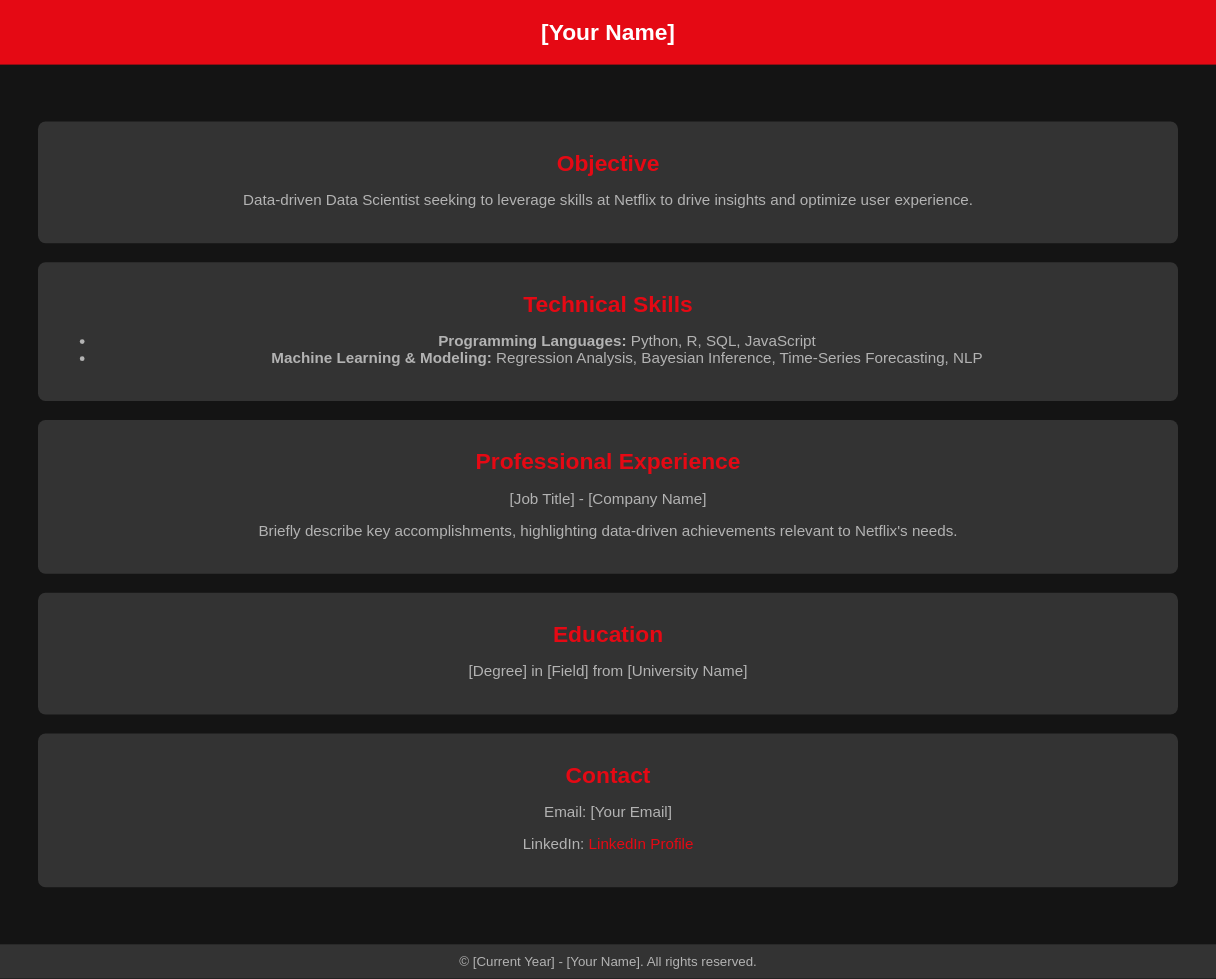
Repository: sjetti5555/GenAi
Page: http://localhost/
The author's editor kept a copy of each file at every save. The page is drawn from the files as they stood at one save, then again after the next save.
The browser window is 1280 px wide. The pictures show the whole page, at 95% of full size.
The page is served by the project's application, run on Flask 3 (Training/resume_app.py).

Above is the page before, as saved 2024-10-30 08:41:38.

After the next save:
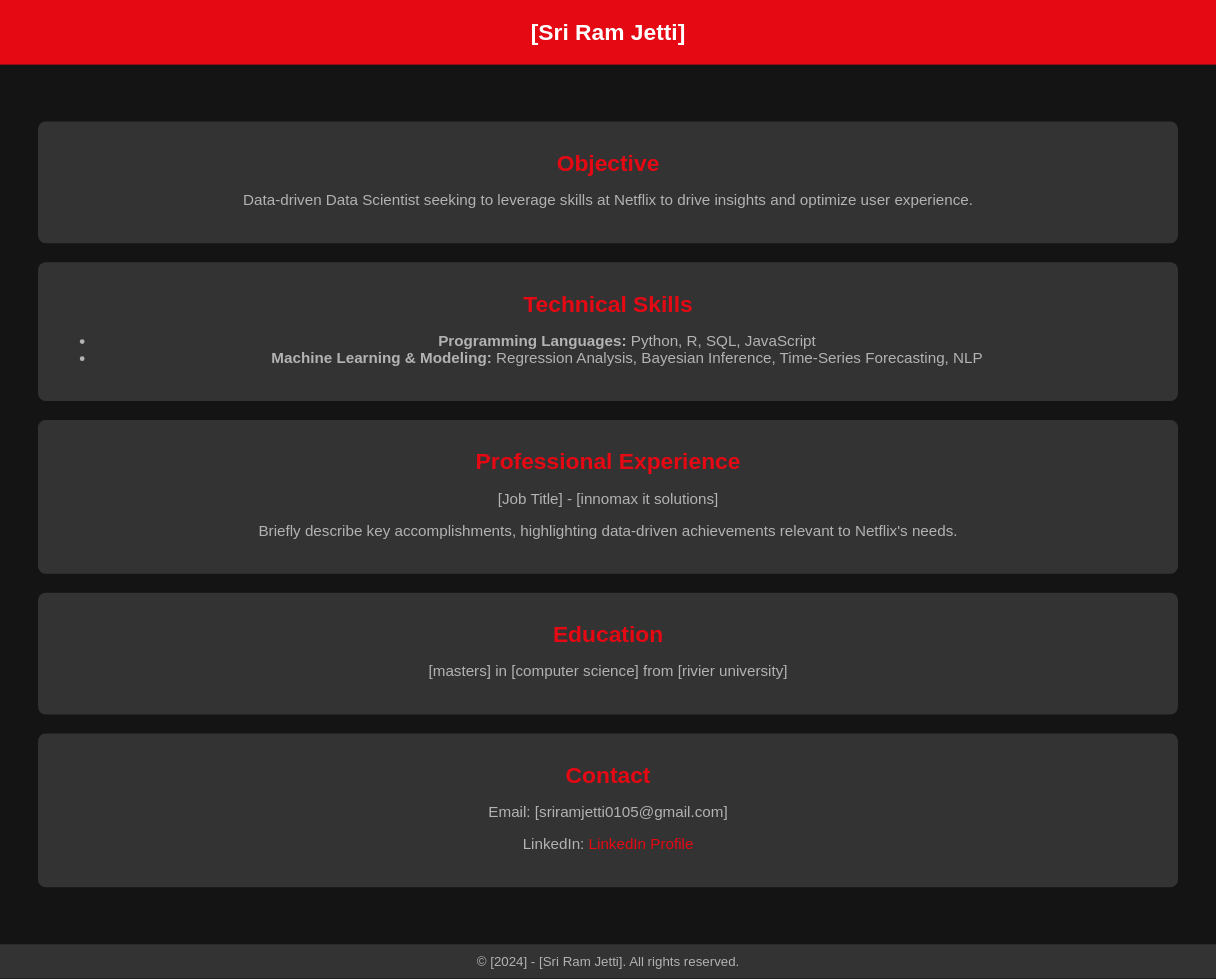
Saved 4 min 0 s later.
--- a/Training/resume_app.py
+++ b/Training/resume_app.py
@@ -11,7 +11,7 @@ def resume():
     <head>
         <meta charset="UTF-8">
         <meta name="viewport" content="width=device-width, initial-scale=1.0">
-        <title>Resume - [Your Name]</title>
+        <title>Resume - [Sri Ram Jetti]</title>
         <style>
             body {
                 font-family: Arial, sans-serif;
@@ -56,7 +56,7 @@ def resume():
         </style>
     </head>
     <body>
-        <div class="header">[Your Name]</div>
+        <div class="header">[Sri Ram Jetti]</div>
 
         <div class="content">
             <div class="section">
@@ -74,24 +74,24 @@ def resume():
 
             <div class="section">
                 <h2>Professional Experience</h2>
-                <p>[Job Title] - [Company Name]</p>
+                <p>[Job Title] - [innomax it solutions]</p>
                 <p>Briefly describe key accomplishments, highlighting data-driven achievements relevant to Netflix's needs.</p>
             </div>
 
             <div class="section">
                 <h2>Education</h2>
-                <p>[Degree] in [Field] from [University Name]</p>
+                <p>[masters] in [computer science] from [rivier university]</p>
             </div>
 
             <div class="section">
                 <h2>Contact</h2>
-                <p>Email: [Your Email]</p>
-                <p>LinkedIn: <a href="[LinkedIn URL]">LinkedIn Profile</a></p>
+                <p>Email: [sriramjetti0105@gmail.com]</p>
+                <p>LinkedIn: <a href="[https://www.linkedin.com/in/sri-ram-j-106a68313/]">LinkedIn Profile</a></p>
             </div>
         </div>
 
         <div class="footer">
-            &copy; [Current Year] - [Your Name]. All rights reserved.
+            &copy; [2024] - [Sri Ram Jetti]. All rights reserved.
         </div>
     </body>
     </html>
